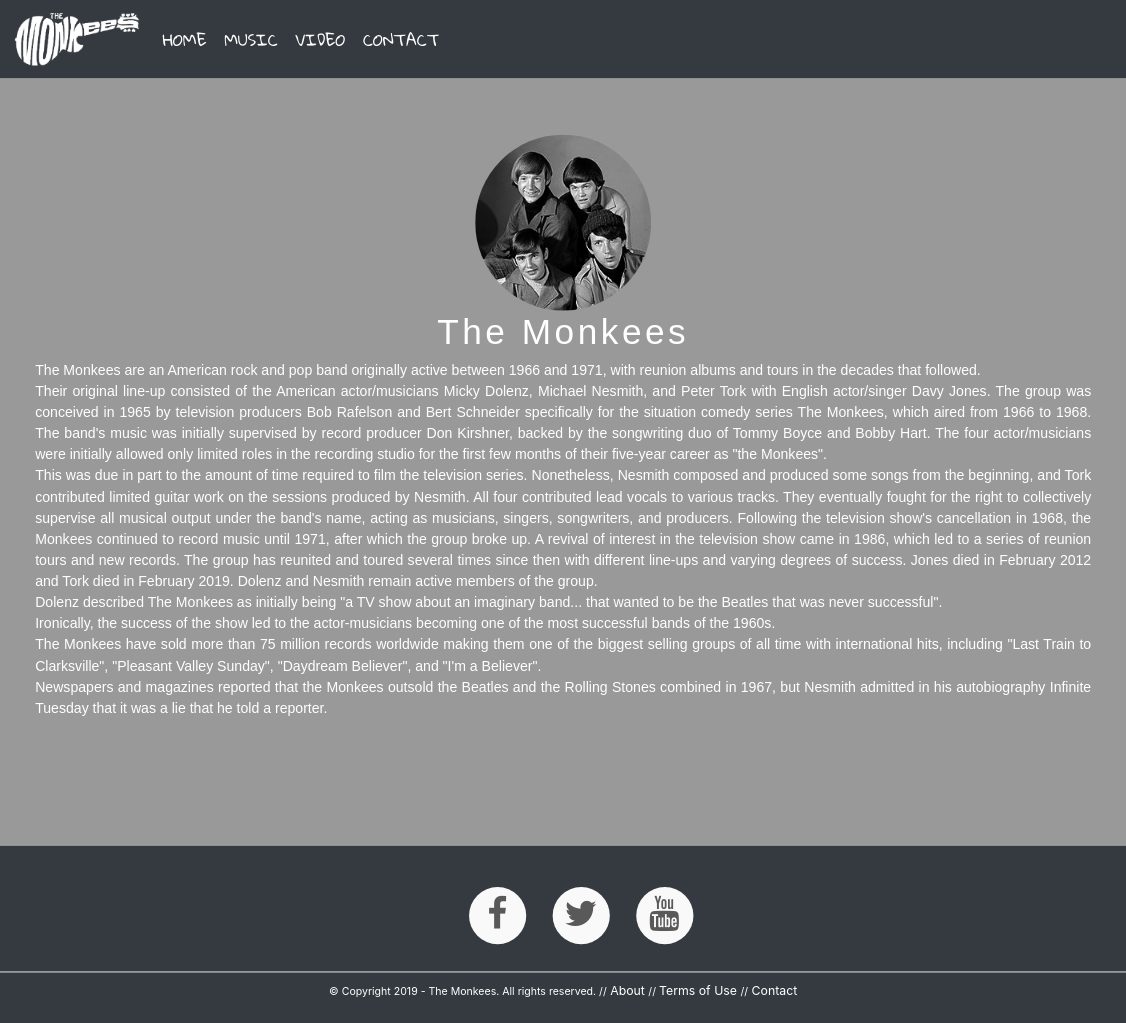
Repository: Code-Institute-Submissions/the_monkees-3
Page: about.html
The author's editor kept a record of every edit. The page is drawn from the files as they stood at one moment, then again after the next edit.
The browser window is 1280 px wide. The pictures show the whole page, at 88% of full size.
Some web libraries are served in a nearby version.

Above is the page before.

After the next edit:
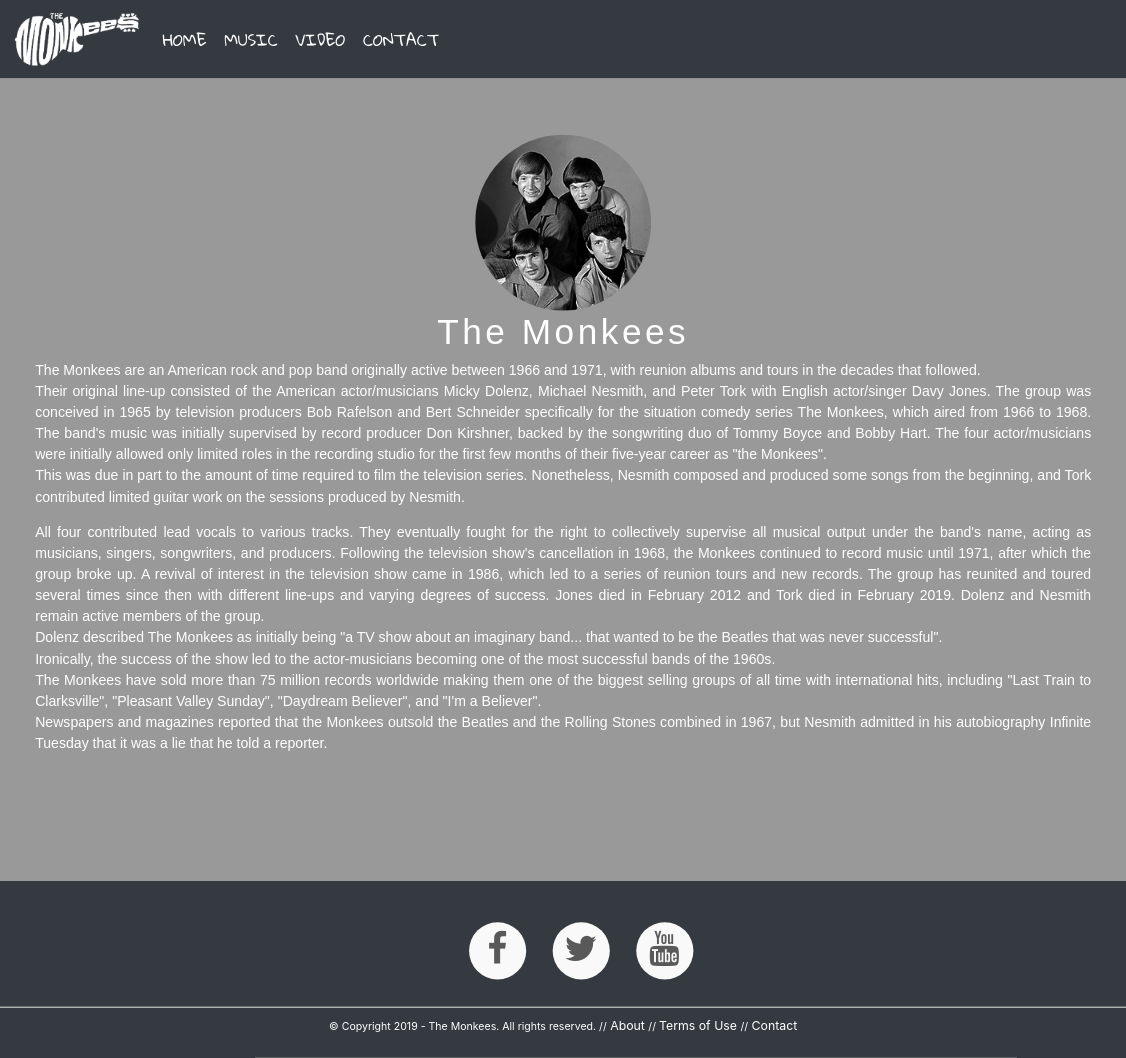
The edit:
--- a/about.html
+++ b/about.html
@@ -52,7 +52,8 @@
 
 The four actor/musicians were initially allowed only limited roles in the recording studio for the first few months of their five-year career as "the Monkees".
 <br>This was due in part to the amount of time required to film the television series. Nonetheless, Nesmith composed and produced some songs from the beginning, and Tork contributed limited guitar work on the sessions produced by Nesmith.
-All four contributed lead vocals to various tracks. They eventually fought for the right to collectively supervise all musical output under the band's name, acting as musicians, singers, songwriters, and producers.
+</p>
+<p>All four contributed lead vocals to various tracks. They eventually fought for the right to collectively supervise all musical output under the band's name, acting as musicians, singers, songwriters, and producers.
 
 Following the television show's cancellation in 1968, the Monkees continued to record music until 1971, after which the group broke up.
 A revival of interest in the television show came in 1986, which led to a series of reunion tours and new records.
